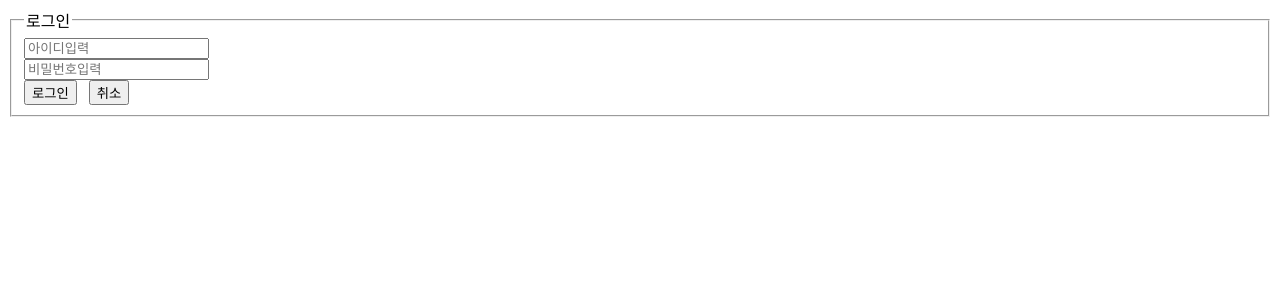
Repository: Rua1006/JSP
Page: http://localhost/practice01/login.jsp
An editor plug-in stored every save of this project. The page is shown before and after the next save, followed by the edit.
The browser window is 1280 px wide. The pictures show the whole page.
The page is served by Tomcat 9.

Above is the page before, as saved 2022-10-14 05:56:27.

After the next save:
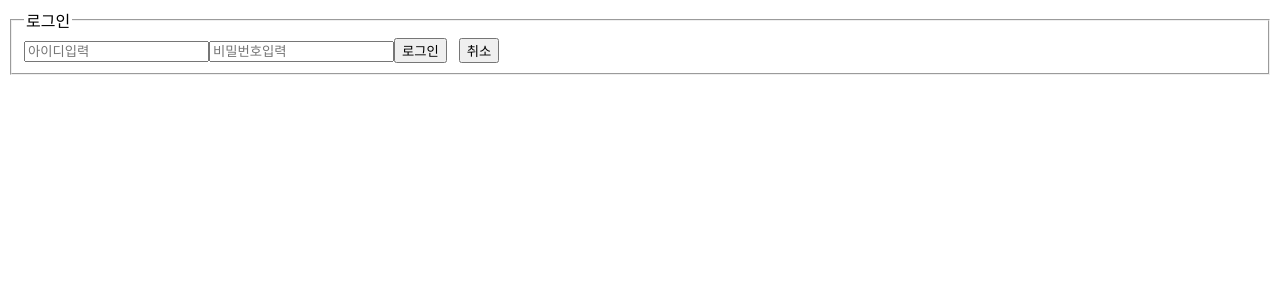
Saved 29 s later.
--- a/practice01/WebContent/login.jsp
+++ b/practice01/WebContent/login.jsp
@@ -6,7 +6,7 @@
 <meta charset="UTF-8">
 <title>로그인</title>
 <style>
-	.input_data {display:block;}
+	input_data {display:block;}
 </style>
 </head>
 <body>

After the save that followed:
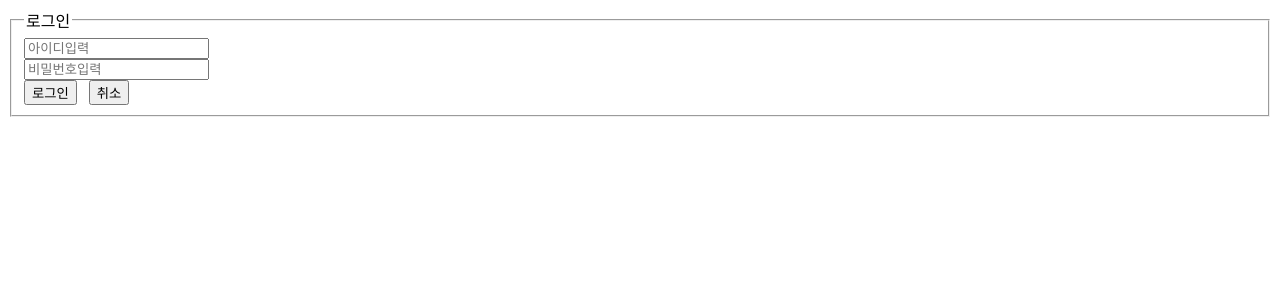
Saved 11 s later.
--- a/practice01/WebContent/login.jsp
+++ b/practice01/WebContent/login.jsp
@@ -6,7 +6,7 @@
 <meta charset="UTF-8">
 <title>로그인</title>
 <style>
-	input_data {display:block;}
+	.input_data {display:block;}
 </style>
 </head>
 <body>
